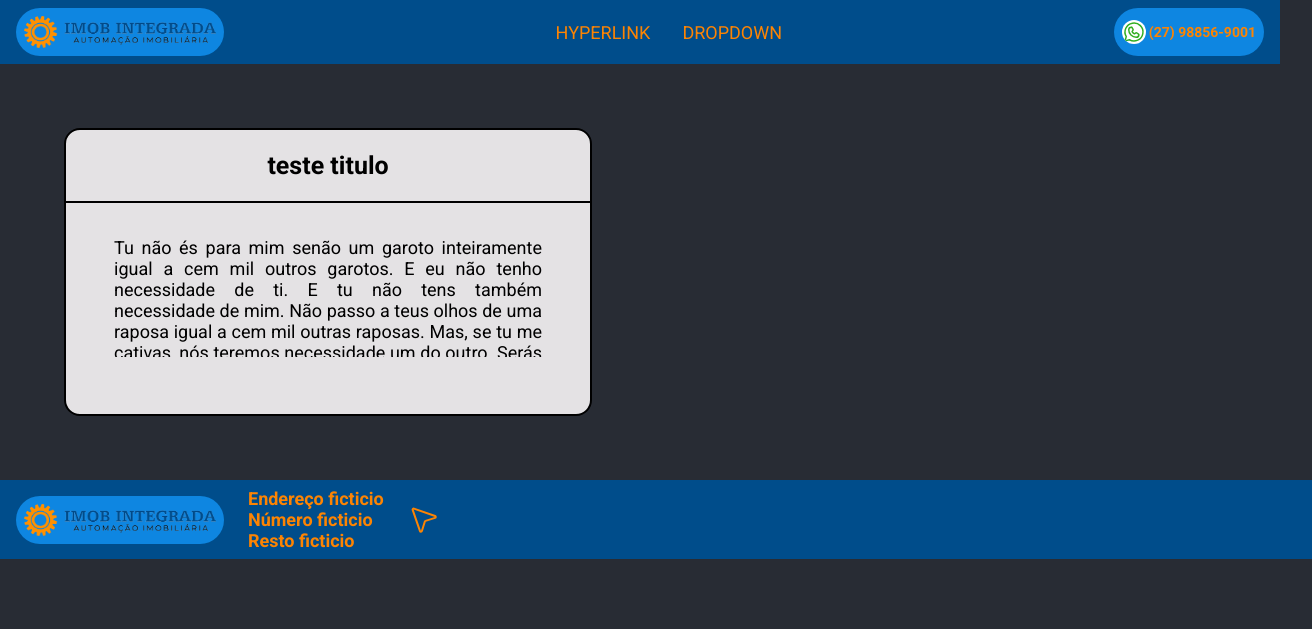
Repository: K0slov/testeAPI
Page: /
The author's editor kept a copy of each file at every save. The page is drawn from the files as they stood at one save, then again after the next save.
The browser window is 1280 px wide. The page is 1312 px wide, so the pictures cover 1312 px, including what lies to the right of the window. The pictures show the whole page.
The project was rebuilt for these pictures with package versions that can differ from the ones it lists, and the page was loaded fresh each time. Also part of the build but not shown: vite.config.ts.

Above is the page before, as saved 2022-06-27 19:45:47.

After the next save:
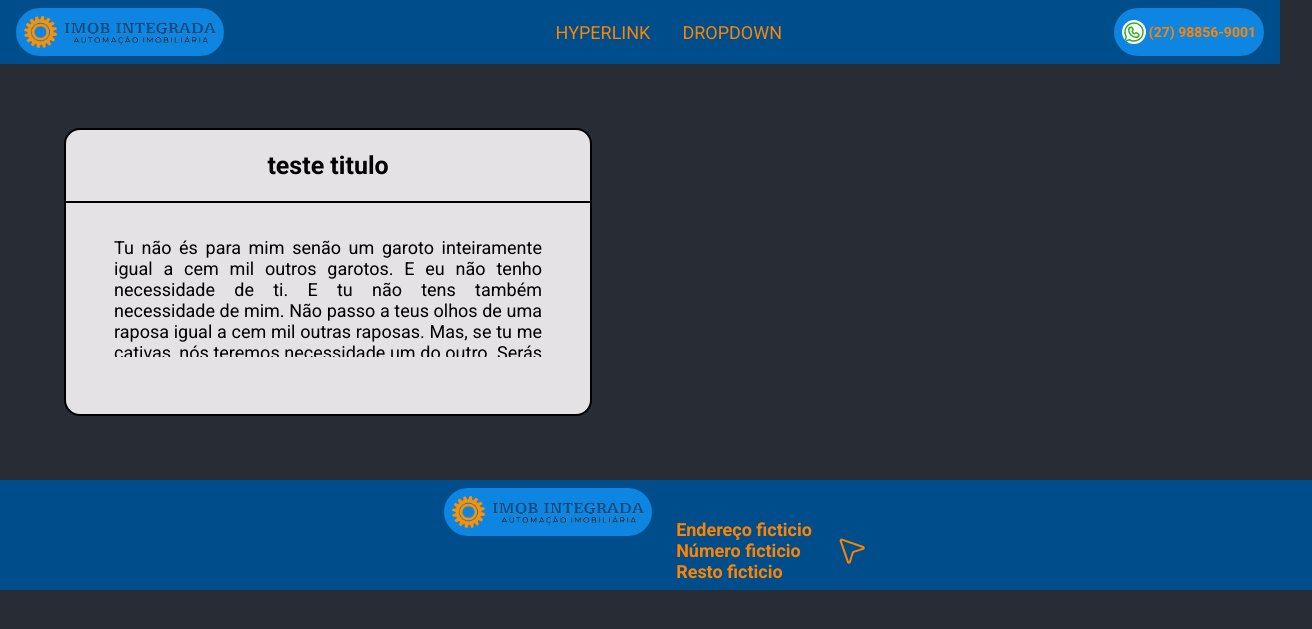
Saved 2 min 6 s later.
--- a/src/components/Footer/style.modeule.css
+++ b/src/components/Footer/style.modeule.css
@@ -6,9 +6,8 @@ footer {
     align-items: center;
     color: #fd8402;
     bottom: 0;
-    z-index: 100%;
-    overflow: hidden;
-    position: relative;
+    align-items: baseline;
+    justify-content: center;
 }
 img {
     width: 12rem;
